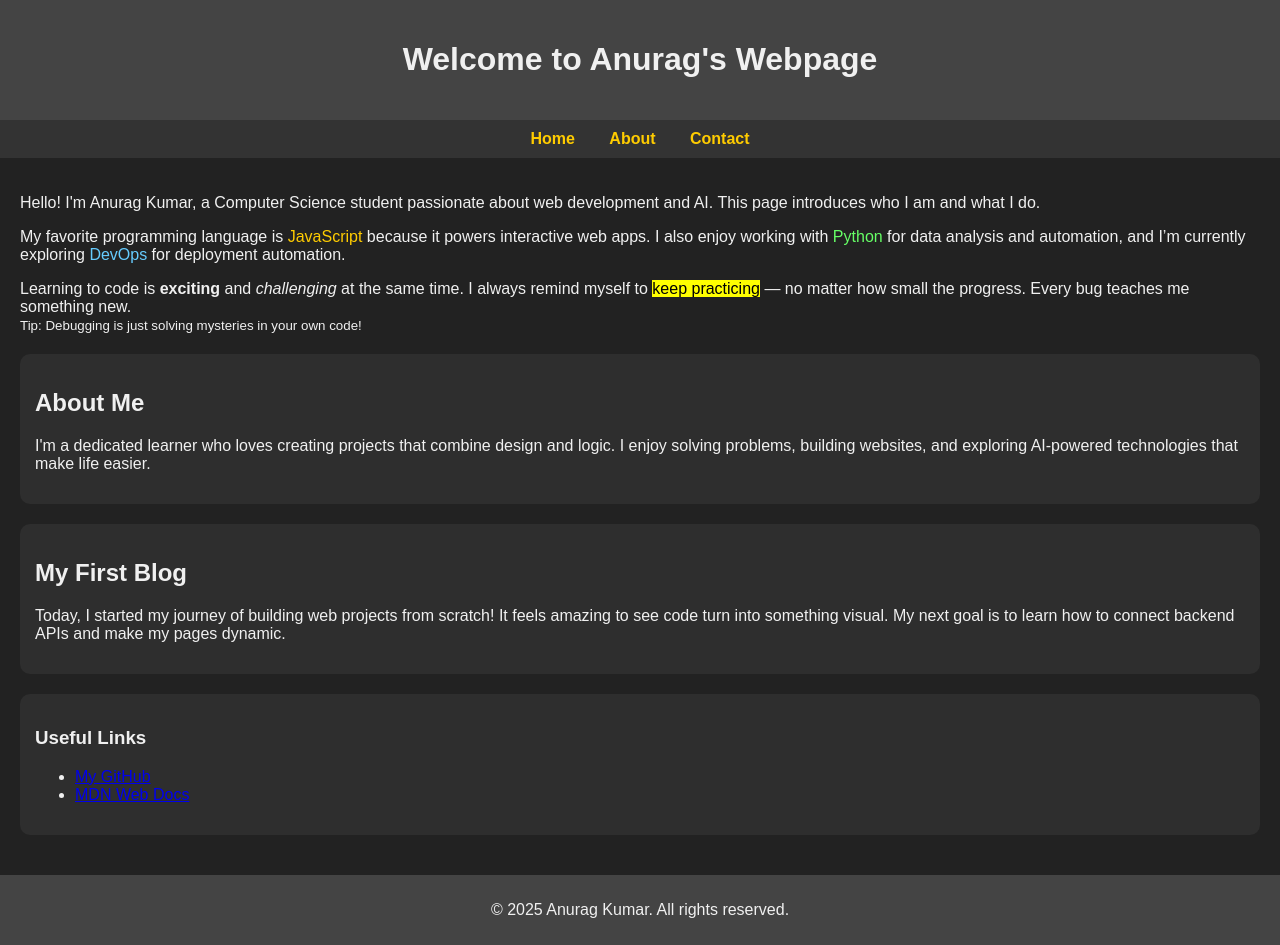
Repository: AdityaTech-Pro/FullStackWithBridgelabz
Page: Assignment1/index.html
An editor plug-in stored every save of this project. The page is shown before and after the next save, followed by the edit.
The browser window is 1280 px wide. The pictures show the whole page.

Above is the page before, as saved 2025-10-14 11:46:14.

After the next save:
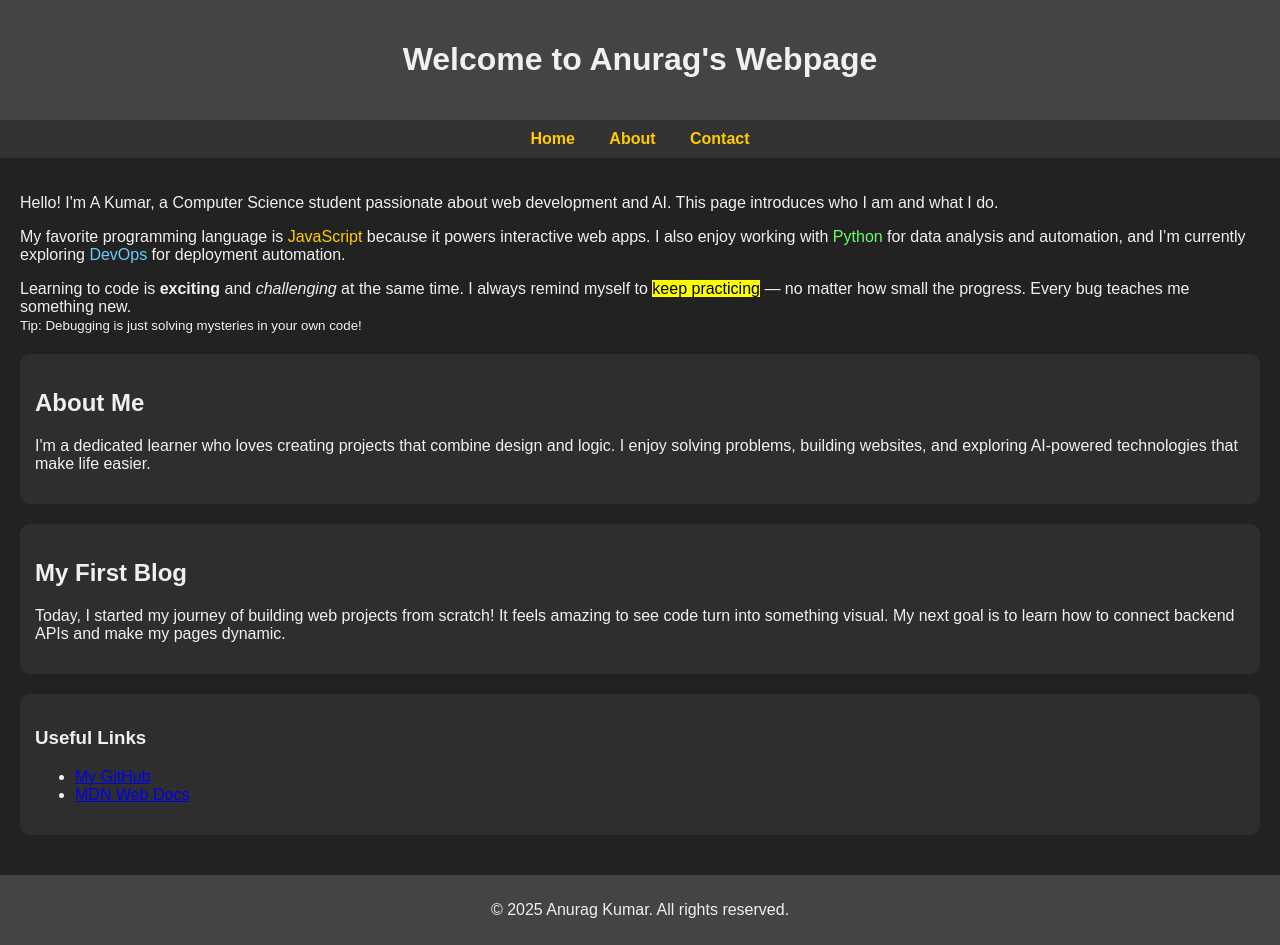
Saved 10 s later.
--- a/Assignment1/index.html
+++ b/Assignment1/index.html
@@ -82,13 +82,12 @@
 
     <!-- 15. Main Section -->
     <main>
-        <p>Hello! I'm Anurag Kumar, a Computer Science student passionate about web development and AI. This page introduces who I am and what I do.</p>
+        <p>Hello! I'm A Kumar, a Computer Science student passionate about web development and AI. This page introduces who I am and what I do.</p>
 
         <!-- 11. Paragraph with <span> elements -->
         <p>
             My favorite programming language is <span class="label">JavaScript</span> because it powers interactive web apps. I also enjoy working with <span class="topic">Python</span> for data analysis and automation, and I’m currently exploring
-            <span
-                class="highlight">DevOps</span> for deployment automation.
+            <span class="highlight">DevOps</span> for deployment automation.
         </p>
 
         <!-- 12. Creative paragraph using inline elements -->
